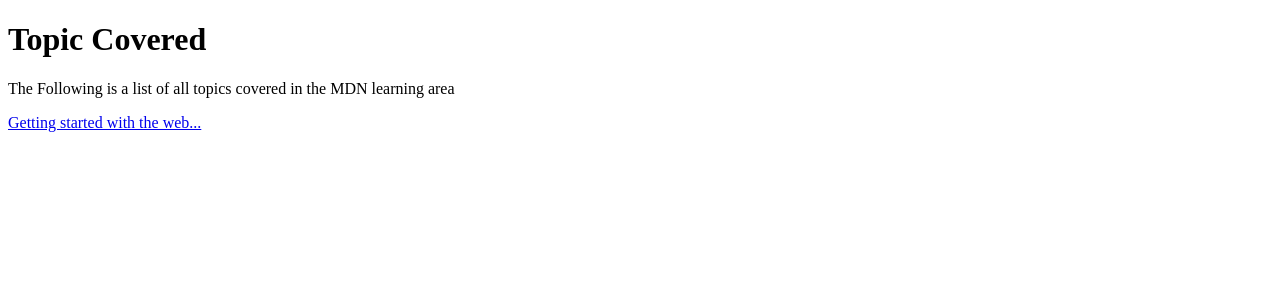
Repository: sriram1224/ReactProjects.github.io
Page: Assignments/Assignment1/index.html
The author's editor kept a copy of each file at every save. The page is drawn from the files as they stood at one save, then again after the next save.
The browser window is 1280 px wide. The pictures show the whole page.

Above is the page before, as saved 2024-03-01 09:48:56.

After the next save:
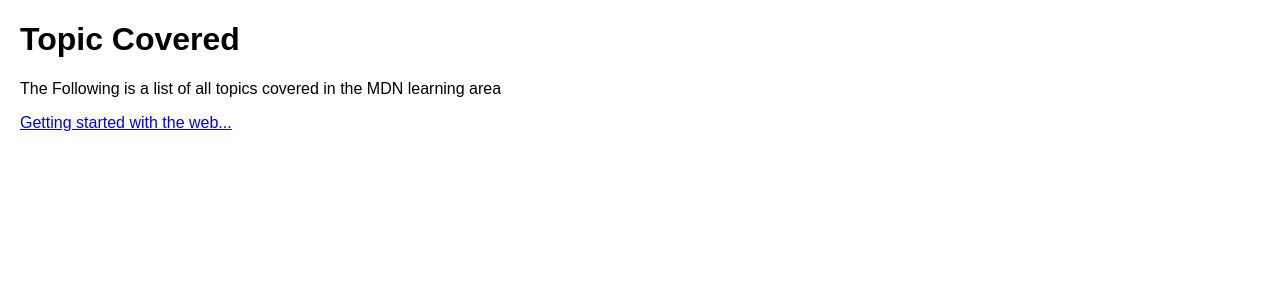
Saved 2 min 29 s later.
--- a/Assignments/Assignment1/index.html
+++ b/Assignments/Assignment1/index.html
@@ -3,6 +3,14 @@
 <head>
   <script src="https://unpkg.com/react@18/umd/react.development.js"></script>
   <script src="https://unpkg.com/react-dom@18/umd/react-dom.development.js"></script>
+  <style>
+    body{
+      margin-left: 20px;
+      font-family: Arial, sans-serif;
+
+    }
+
+  </style>
 </head>
 
 <body>
